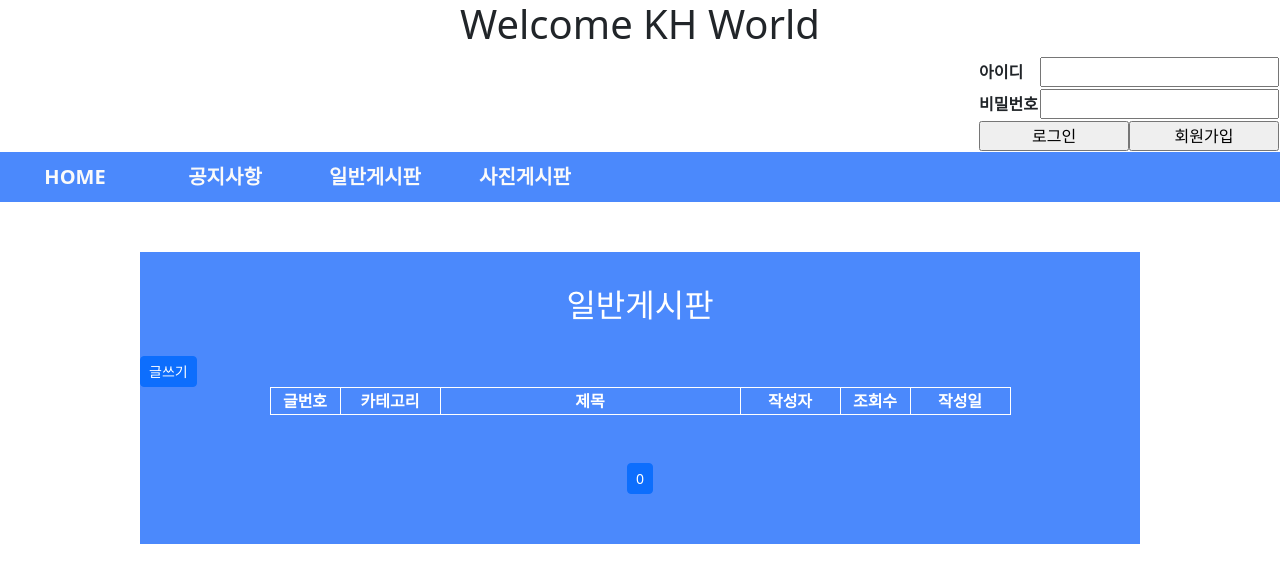
Repository: didwlwd/workspace
Page: http://localhost/jspProject/views/board/boardlistview.jsp
These files come from the project's save history. The page is drawn as it stood at one moment and after the next save; the edit follows.
The browser window is 1280 px wide. The pictures show the whole page.
The page is served by Tomcat 10. Other server files are loaded and not shown. The template is opened directly, without the code that normally fills it, so the values that code supplies are empty.

Above is the page before, as saved 2025-02-28 00:14:48.

### 07_jsp/jspProject/src/main/webapp/views/board/boardlistview.jsp
<%@ page language="java" contentType="text/html; charset=UTF-8"
    pageEncoding="UTF-8"%>
<%@ taglib prefix="c" uri="http://java.sun.com/jsp/jstl/core" %>
<!DOCTYPE html>
<html>
<head>
<meta charset="UTF-8">
<meta name="viewport" content="width=device-width, initial-scale=1.0">
<title>Insert title here</title>

<style>
    .outer{
		background: #4b89fc;
		color: white;
		width: 1000px;
		margin: auto;
		margin-top: 50px;
		padding: 10px 0px 50px ;
	}

    .list-area{
        border: 1px solid white;
        text-align: center;
    }

    .list-area tbody tr:hover{
        background: #8fb4fa;
        cursor: pointer;
        font-size: 18px;
    }

    .list-area td, .list-area th{
        border: 1px solid white;
    }


</style>
</head>
<body>
    <%@ include file="../common/menubar.jsp" %>

    <div class="outer">
        <br>
        <h2 align="center">일반게시판</h2>
        <br>

		<div>
			<a class="btn btn-sm btn-primary" href="">글쓰기</a>
		</div>
        <table align="center" class="list-area">
            <thead>
                <th width="70">글번호</th>
                <th width="100">카테고리</th>
                <th width="300">제목</th>
                <th width="100">작성자</th>
                <th width="70">조회수</th>
                <th width="100">작성일</th>
            </thead>
            <tbody>
               <c:forEach var="b" items="${list}">
	               <tr>
	                    <td>${b.boardNo }</td>
	                    <td>${b.categoryName}</td>
	                    <td>${b.boardTitle}</td>
	                    <td>${b.userId}</td>
	                    <td>${b.count}</td>
	                    <td>${b.createDate}</td>
	                </tr>
               </c:forEach>

            </tbody>
        </table>

        <br><br>

        <div align="center">
        	<c:if test="${pi.currentPage > 1 }">
            	<button class="btn btn-sm btn-primary"onclick="location.href='${pageContext.request.contextPath}/list.bo?cpage=${pi.currentPage - 1}'">&lt;이전</button>
            </c:if>

            <c:forEach var="p" begin="${pi.startPage}" end="${pi.endPage}">
            	<c:choose>
            		<c:when test="${p == pi.currentPage }">
            			<button class="btn btn-sm btn-primary" disabled>${p}</button>
            		</c:when>
            		<c:otherwise>
            			<button class="btn btn-sm btn-primary" onclick="location.href='${pageContext.request.contextPath}/list.bo?cpage=${p}'">${p}</button>
            		</c:otherwise>
            	</c:choose>
            </c:forEach>

            <c:if test="${pi.currentPage < pi.maxPage}">
            	<button class="btn btn-sm btn-primary" onclick="location.href='${pageContext.request.contextPath}/list.bo?cpage=${pi.currentPage + 1}'">다음&gt;</button>
            </c:if>


        </div>
    </div>
</body>
</html>

### 07_jsp/jspProject/src/main/webapp/views/common/menubar.jsp
<%@ page language="java" contentType="text/html; charset=UTF-8"
    pageEncoding="UTF-8"%>
<%@ taglib prefix="c" uri="http://java.sun.com/jsp/jstl/core" %>
<!DOCTYPE html>
<html>
<head>
    <meta charset="UTF-8">
    <meta name="viewport" content="width=device-width, initial-scale=1.0">
    <title>Insert title here</title>

    <!-- jQuery -->
    <script src="https://ajax.googleapis.com/ajax/libs/jquery/3.7.1/jquery.min.js"></script>

    <!-- 부트스트랩 5.3.3 -->
    <link href="https://cdn.jsdelivr.net/npm/bootstrap@5.3.3/dist/css/bootstrap.min.css" rel="stylesheet">
    <script src="https://cdn.jsdelivr.net/npm/bootstrap@5.3.3/dist/js/bootstrap.bundle.min.js"></script>

    <style>
        a{
            text-decoration: none;
            color: black;
        }
        .login-area > *{
            float: right;
        }

        .login-area input[type="button"],
        .login-area input[type="submit"]{
            width: 50%;
            float: left;
        }

        .nav-area{background: rgb(75, 137, 252);}
        .menu{
            display: table-cell;
            width: 150px;
            height: 50px;
        }

        .menu a{
            color: rgb(250, 250, 250);
            font-size: 20px;
            font-weight: bold;
            text-align: center;
            width: 100%;
            height: 100%;
            line-height: 50px;
            display: inline-block;
        }
    </style>
</head>
<body>
	<c:if test="${not empty alertMsg}">
		<script>
			alert("${alertMsg}")
		</script>
		<c:remove var="alertMsg" />
	</c:if>

    <h1 align="center">Welcome KH World</h1>
    <div class="login-area">
    	<c:choose>
    		<c:when test="${empty sessionScope.loginUser }">
		        <!-- 로그인 전 -->
		        <form action="${pageContext.request.contextPath}/login.me" method="post">
		            <table>
		                <tr>
		                    <th>아이디</th>
		                    <td><input type="text" name="userId" required></td>
		                </tr>
		                <tr>
		                    <th>비밀번호</th>
		                    <td><input type="password" name="userPwd" required></td>
		                </tr>
		                <tr>
		                    <th colspan="2">
		                        <input type="submit" value="로그인">
		                        <input type="button" value="회원가입" onclick="enrollPage();">
		                    </th>
		                </tr>
		            </table>
		        </form>
		        <script>
		        	function enrollPage(){
		        		//location.href= "${pageContext.request.contextPath}/views/member/memberEnrollForm.jsp";
		        		//웹 애플리케이션의 디렉토리구조가 url에 노출되면 보안에 취약

		        		location.href = "${pageContext.request.contextPath}/enrollForm.me";
		        		//단순한 페이지 요청도 servlet을 거쳐갈 것(즉, url에는 서블릿맵핑값만 나타나도록)
		        	}
		        </script>
	        </c:when>
	        <c:otherwise>
	        	<div>
	        		<b>${loginUser.userName}님</b>의 방문을 환영합니다. <br><br>
	        		<div>
	        			<a href="${pageContext.request.contextPath}/myPage.me">마이페이지</a>
	        			<a href="${pageContext.request.contextPath}/logout.me">로그아웃</a>
	        		</div>
	        	</div>
	        </c:otherwise>
        </c:choose>
    </div>

    <br clear="both">
    <div class="nav-area">
        <div class="menu"><a href="${pageContext.request.contextPath}">HOME</a></div>
        <div class="menu"><a href="${pageContext.request.contextPath}/anno.bo?epage=1">공지사항</a></div>
        <div class="menu"><a href="${pageContext.request.contextPath}/list.bo?cpage=1">일반게시판</a></div>
        <div class="menu"><a href="">사진게시판</a></div>
    </div>
</body>
</html>

After the next save:
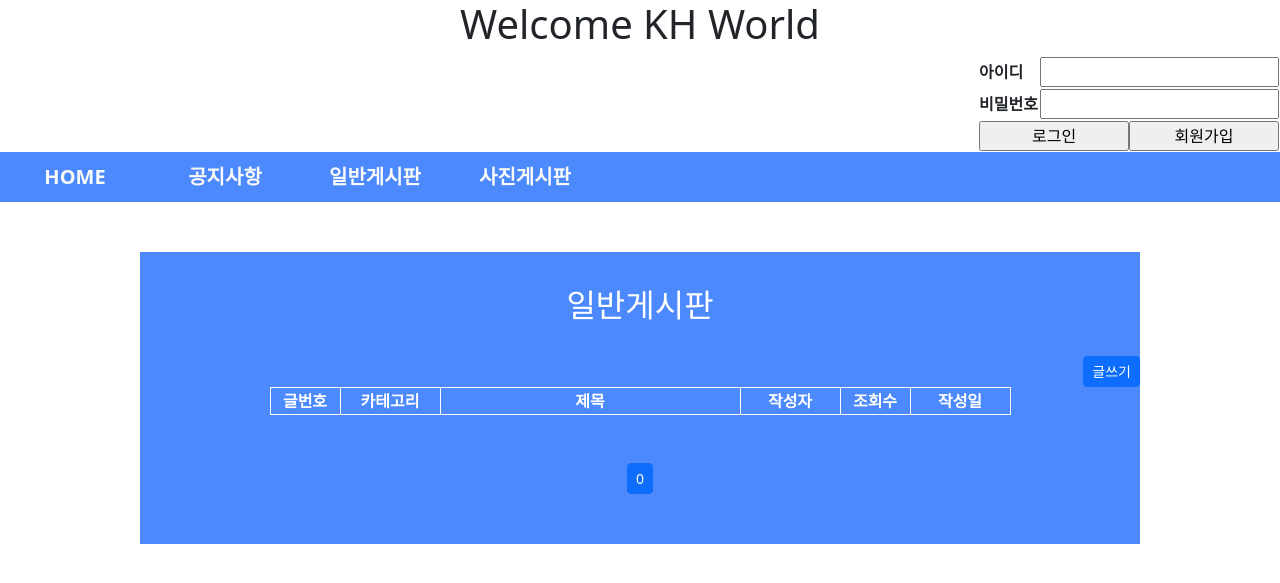
Saved 15 s later.
--- a/07_jsp/jspProject/src/main/webapp/views/board/boardlistview.jsp
+++ b/07_jsp/jspProject/src/main/webapp/views/board/boardlistview.jsp
@@ -44,7 +44,7 @@
         <h2 align="center">일반게시판</h2>
         <br>
 
-		<div>
+		<div align="right">
 			<a class="btn btn-sm btn-primary" href="">글쓰기</a>
 		</div>
         <table align="center" class="list-area">
